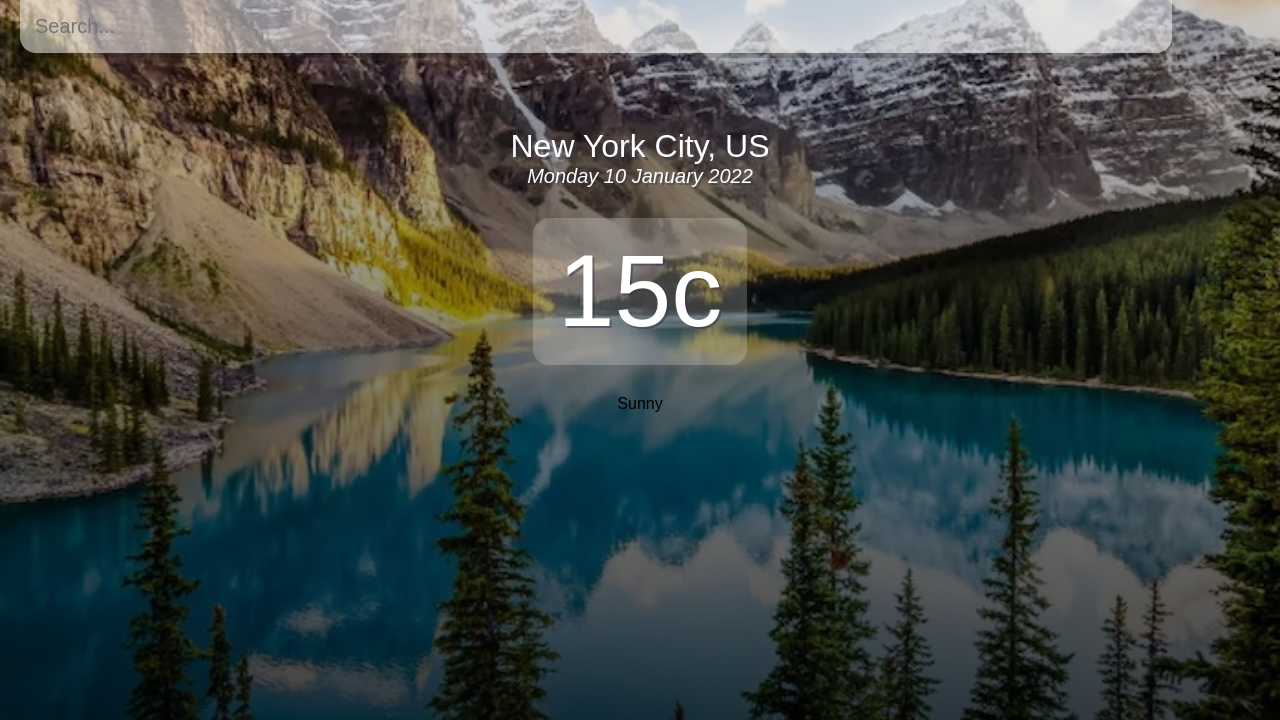
Repository: K-TT/WeatherApp
Page: /
The author's editor kept a copy of each file at every save. The page is drawn from the files as they stood at one save, then again after the next save.
The browser window is 1280 px wide. The pictures show the whole page.
The project was rebuilt for these pictures with package versions that can differ from the ones it lists, and the page was loaded fresh each time.

Above is the page before, as saved 2022-01-13 23:40:27.

After the next save:
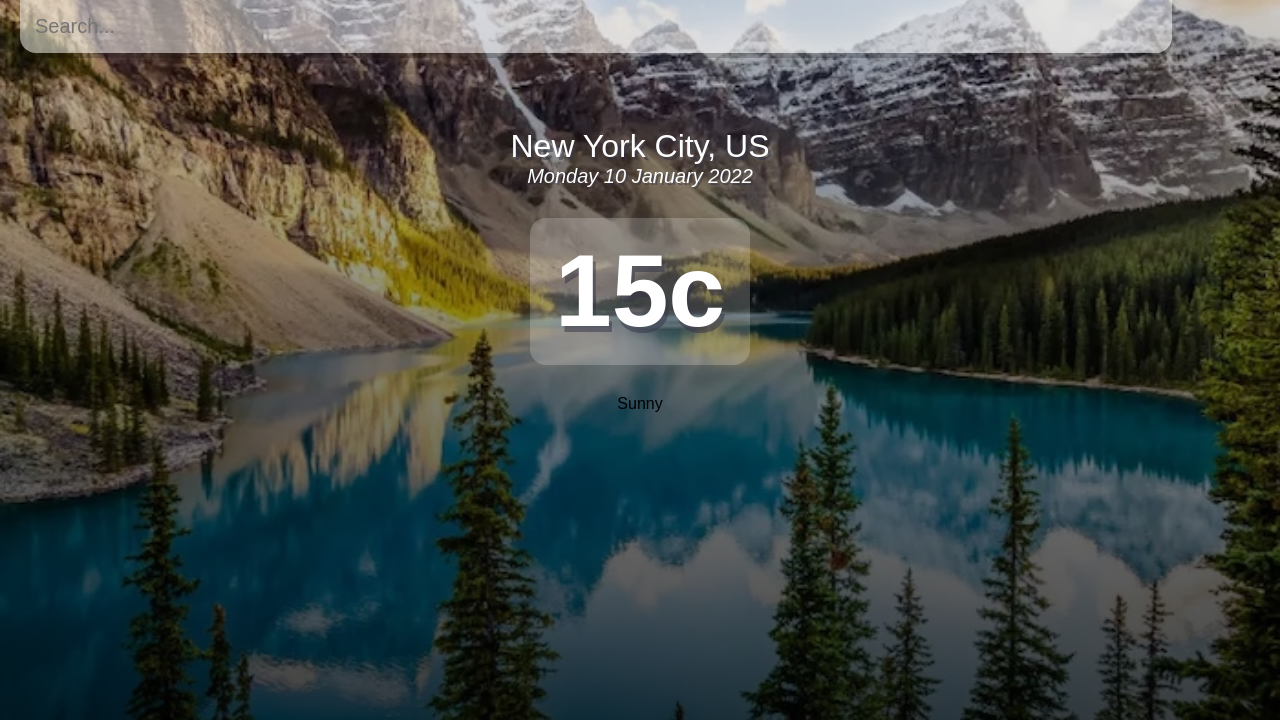
Saved 26 s later.
--- a/src/index.css
+++ b/src/index.css
@@ -81,6 +81,6 @@ main {
     padding: 15px 25px;
     color: #FFF;
     font-size: 102px;
-    font-weight: 300;
-    text-shadow: 2px 2px rgba(50, 50, 70, 0.5);
+    font-weight: 900;
+    text-shadow: 3px 6px rgba(50, 50, 70, 0.5);
 }
